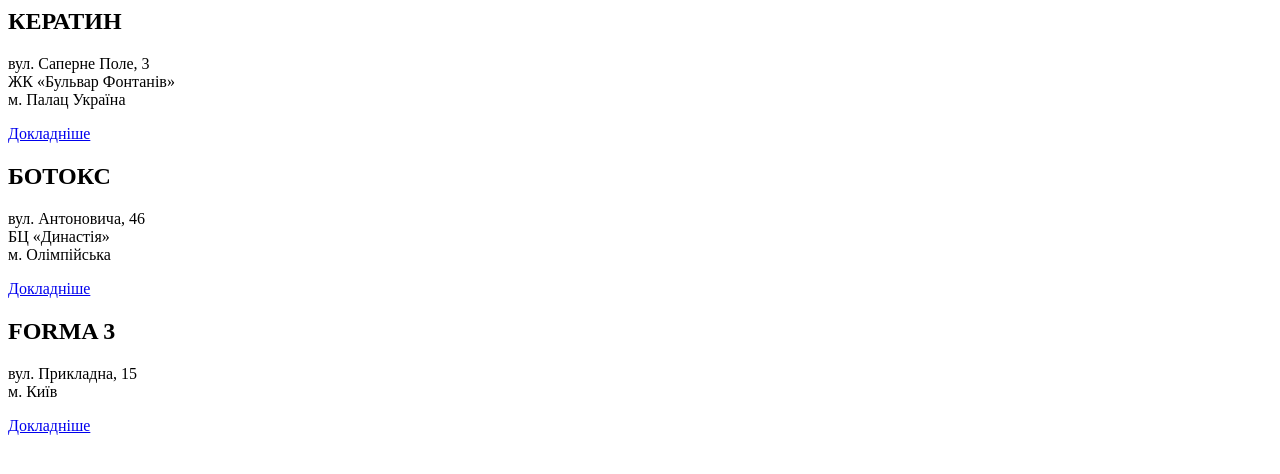
Repository: DianaKey/Keratin
Page: index.scroll.partial.html
These files come from the project's save history. The page is drawn as it stood at one moment and after a run of saves; the edit follows.
The browser window is 1280 px wide. The pictures show the whole page.

Above is the page before, as saved 2025-09-04 12:46:21.

After the next 3 saves:
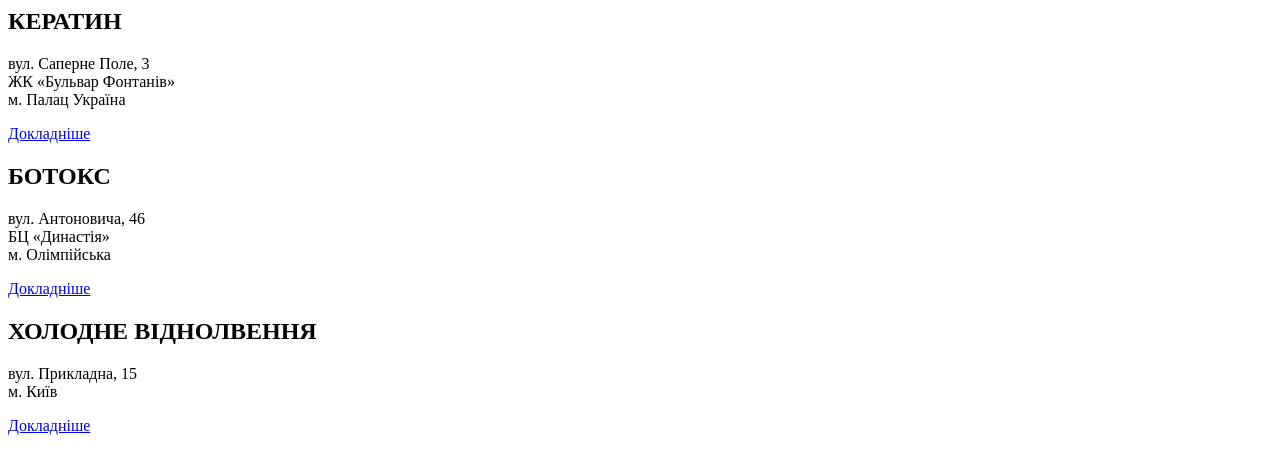
The 3 saves are shown as one change because they came seconds apart.
The last was saved 9 s later.
--- a/index.scroll.partial.html
+++ b/index.scroll.partial.html
@@ -27,7 +27,7 @@
 <section class="hero-section hero-section--form-3">
   <div class="hero-section__overlay"></div>
   <div class="hero-section__content js-reveal">
-    <h2 class="hero-section__title">FORMA 3</h2>
+    <h2 class="hero-section__title">ХОЛОДНЕ ВІДНОЛВЕННЯ</h2>
     <p class="hero-section__text">вул. Прикладна, 15<br />м. Київ</p>
     <a class="hero-section__btn" href="#">Докладніше</a>
   </div>
